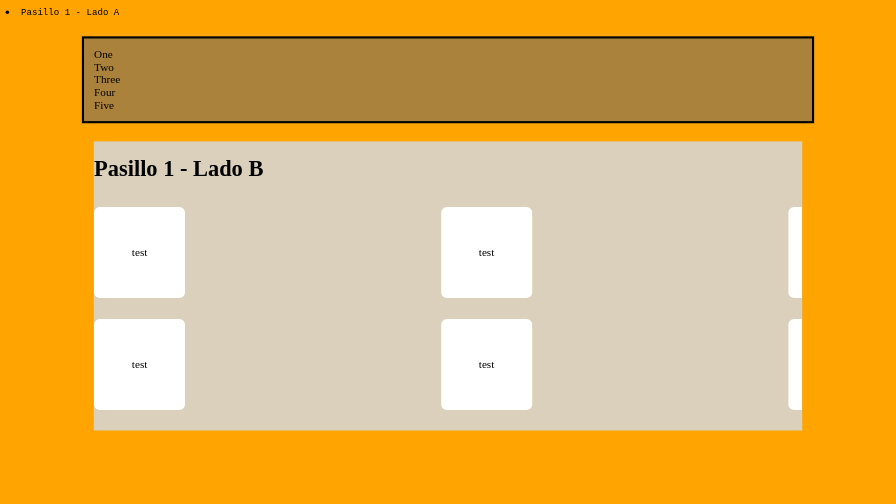
Repository: Franzcod/DepoStock_Web
Page: index.html
The author's editor kept a copy of each file at every save. The page is drawn from the files as they stood at one save, then again after the next save.
The browser window is 1280 px wide. The pictures show the part of the page from y = 0 to 1920 px (the page is 720 px tall before and 3711 px after), at 70% of full size.

Above is the page before, as saved 2020-06-07 02:34:58.
Console error: ReferenceError: ur is not defined

### index.html
<!DOCTYPE html>
<html lang="en">
<head>
    <meta charset="UTF-8">
    <meta name="viewport" content="width=device-width, initial-scale=1.0">
    <title>Deposito Probusol</title>

    <link rel="stylesheet" href="estilo/estilo.css">
</head>
<body>

    <li><code>Pasillo 1 - Lado A</code>
        <div id="div2">
            <div class="wrapper">
                <div class="box1">One</div>
                <div class="box2">Two</div>
                <div class="box3">Three</div>
                <div class="box4">Four</div>
                <div class="box5">Five</div>
            </div>
        </div>
    </li>

    <div class="app">
        <h1>Pasillo 1 - Lado B</h1>

        <ul class="hs">
            <li class="item">test</li>
            <li class="item">test</li>
            <li class="item">test</li>
            <li class="item">test</li>
            <li class="item">test</li>
            <li class="item">test</li>
            <li class="item">test</li>
            <li class="item">test</li>
            <li class="item">test</li>
            <li class="item">test</li>
            <li class="item">test</li>
            <li class="item">test</li>
            <li class="item">test</li>
            <li class="item">test</li>
            <li class="item">test</li>
            <li class="item">test</li>
            <li class="item">test</li>
            <li class="item">test</li>
            <li class="item">test</li>
            <li class="item">test</li>
            <li class="item">test</li>
            <li class="item">test</li>
            <li class="item">test</li>
            <li class="item">test</li>
        </ul>

        <!-- <div class="container">
            <div class="item">
            <h3>Block for context</h3>
            </div>
        </div> -->
    </div>






    <script>ur</script>

</body>







</html>

### estilo/estilo.css
html{
    background-color: rgba(255, 164, 0, 1);
}

#div2 {
    border: 3px solid black;
    width:  80%;
    height: 40%;
    margin: 2vw auto;
    padding: 2vh 2vh;
    background-color: rgba(105, 105, 105, 0.565);
}

#div2 { overflow-x: scroll;}

:root {
--gutter: 20px;
}

.app {
padding: var(--gutter) 0;
display: grid;
grid-gap: var(--gutter) 0;
/* grid-template-columns: var(--gutter) 1fr var(--gutter); */
align-content: start;
}

/* .app > * {
grid-column: 2 / 2;
} */
/*
.app > .full {
grid-column: 1 / -1;
} */

.hs {
display: grid;
grid-gap: calc(var(--gutter) / 2);
grid-template-columns: repeat(15, calc(50% - var(--gutter) ));
grid-template-rows: minmax(150px, 1fr);

overflow-x: scroll;
/* scroll-snap-type: x proximity; */
padding-bottom: calc(.75 * var(--gutter));
margin-bottom: calc(-.25 * var(--gutter));
}

/* Demo styles */

ul {
list-style: none;
padding: 0;
}

h1,
h2,
h3 {
margin: 0;
}

.app {
width: 80%;
height: 30%;
background: #DBD0BC;
overflow-y: scroll;
margin: 2vw auto;

}

.hs > li,
.item {
scroll-snap-align: center;
padding: calc(var(--gutter) / 1 );
display: flex;
flex-direction: column;
justify-content: center;
align-items: center;
background: #fff;
border-radius: 8px;
height: 7vw;
width: 7vw;
}

After the next save:
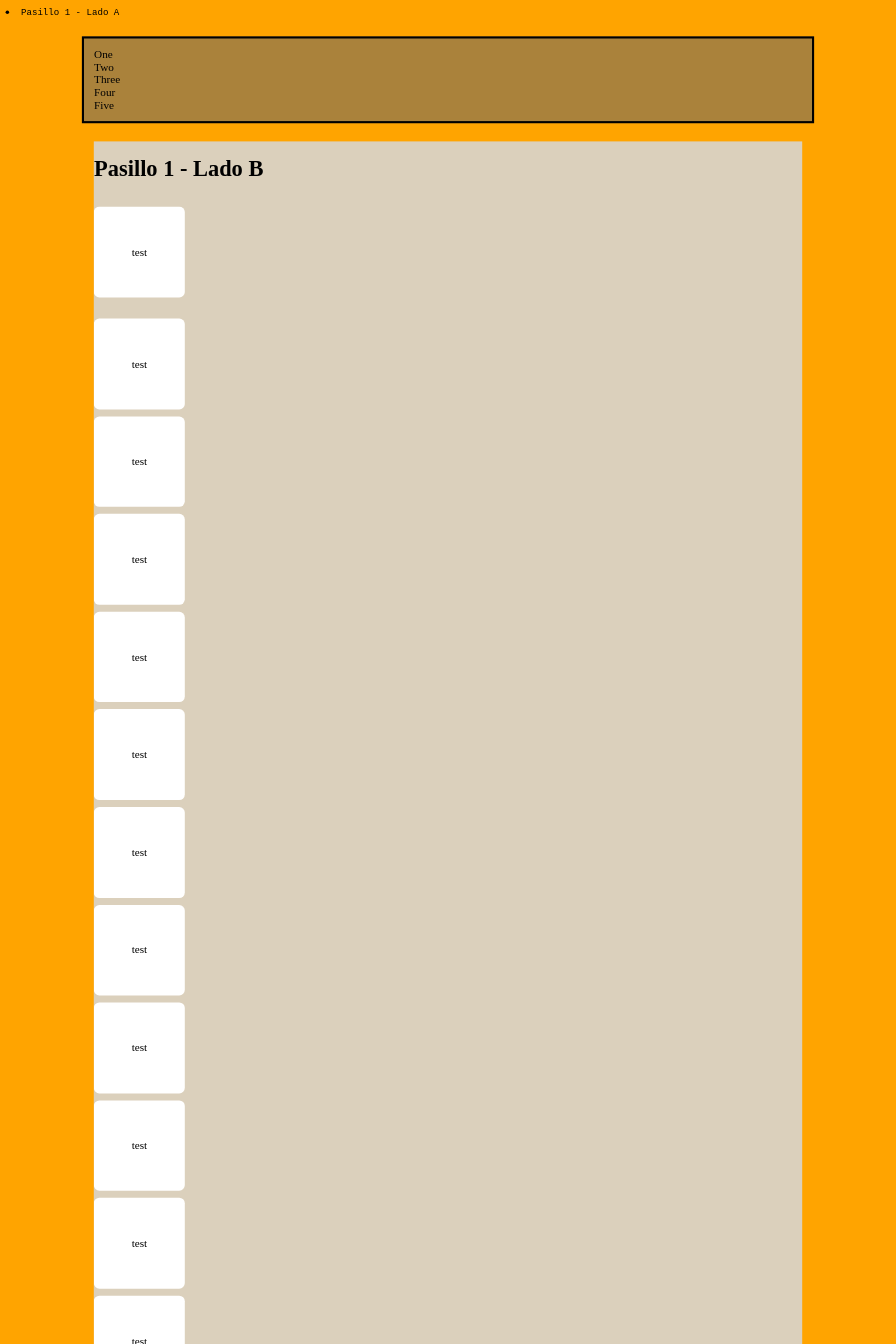
Saved 5 s later.
--- a/estilo/estilo.css
+++ b/estilo/estilo.css
@@ -36,7 +36,7 @@ grid-column: 1 / -1;
 .hs {
 display: grid;
 grid-gap: calc(var(--gutter) / 2);
-grid-template-columns: repeat(15, calc(50% - var(--gutter) ));
+/* grid-template-columns: repeat(15, calc(50% - var(--gutter) )); */
 grid-template-rows: minmax(150px, 1fr);
 
 overflow-x: scroll;
